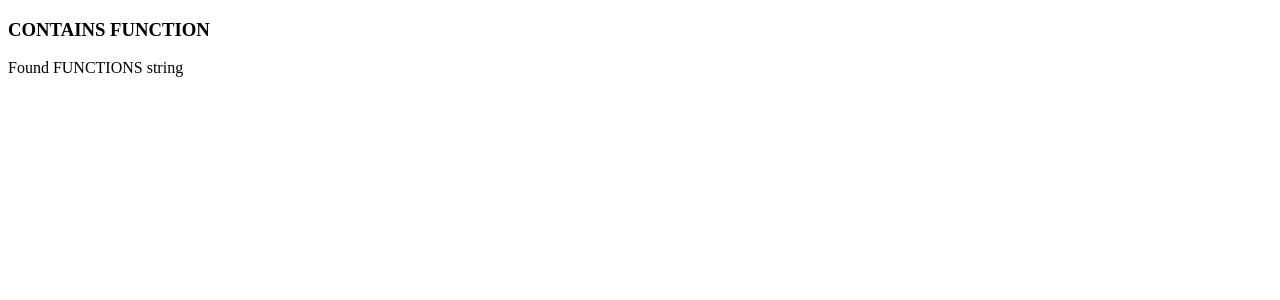
Repository: Siddhant1401/Aurionpro-J2EE
Page: http://localhost/04-JSTL-Tags/JSTLFunctions.jsp
These files come from the project's save history. The page is drawn as it stood at one moment and after the next save; the edit follows.
The browser window is 1280 px wide. The pictures show the whole page.
The page is served by Tomcat 9. Other server files are loaded and not shown.

Above is the page before, as saved 2023-10-13 04:50:33.

### 04-JSTL-Tags/WebContent/JSTLFunctions.jsp
<%@ page language="java" contentType="text/html; charset=ISO-8859-1"
	pageEncoding="ISO-8859-1"%>
<%@ taglib uri="http://java.sun.com/jsp/jstl/core" prefix="c"%>
<%@ taglib uri="http://java.sun.com/jsp/jstl/functions" prefix="fn"%>
<!DOCTYPE html PUBLIC "-//W3C//DTD HTML 4.01 Transitional//EN" "http://www.w3.org/TR/html4/loose.dtd">
<html>
<head>
<meta http-equiv="Content-Type" content="text/html; charset=ISO-8859-1">
<title>JSTL FUNCTIONS</title>
</head>
<body>

	<h3>CONTAINS FUNCTION</h3>
	<c:set var="String" value="Welcome to JSTL FUNCTIONS" />

	<c:if test="${fn:contains(String, 'FUNCTIONS')}">
		<p>Found FUNCTIONS string<p>
	</c:if>

	<c:if test="${fn:contains(String, 'functions')}">
		<p>Found functions string</p>
	</c:if>


</body>
</html>

After the next save:
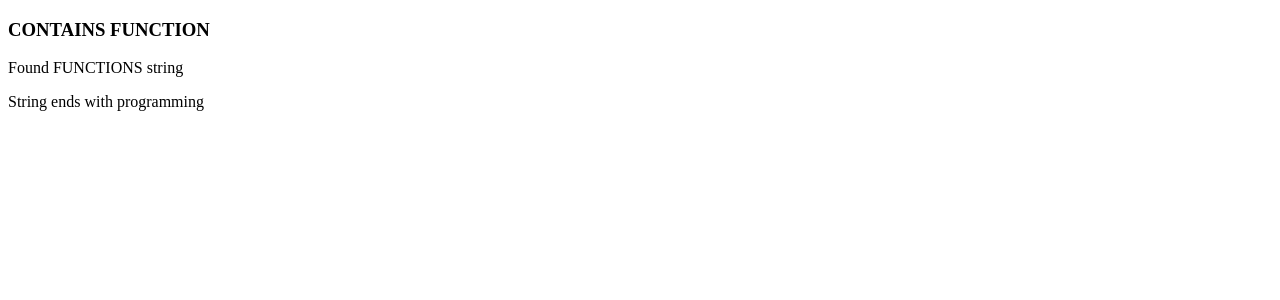
Saved 3 min 17 s later.
--- a/04-JSTL-Tags/WebContent/JSTLFunctions.jsp
+++ b/04-JSTL-Tags/WebContent/JSTLFunctions.jsp
@@ -14,13 +14,24 @@
 	<c:set var="String" value="Welcome to JSTL FUNCTIONS" />
 
 	<c:if test="${fn:contains(String, 'FUNCTIONS')}">
-		<p>Found FUNCTIONS string<p>
+		<p>Found FUNCTIONS string
+		<p>
 	</c:if>
 
 	<c:if test="${fn:contains(String, 'functions')}">
 		<p>Found functions string</p>
 	</c:if>
 
+	<c:set var="String" value="Welcome to JSP programming" />
 
+	<c:if test="${fn:endsWith(String, 'programming')}">
+		<p>String ends with programming
+		<p>
+	</c:if>
+
+	<c:if test="${fn:endsWith(String, 'JSP')}">
+		<p>String ends with JSP
+		<p>
+	</c:if>
 </body>
 </html>
